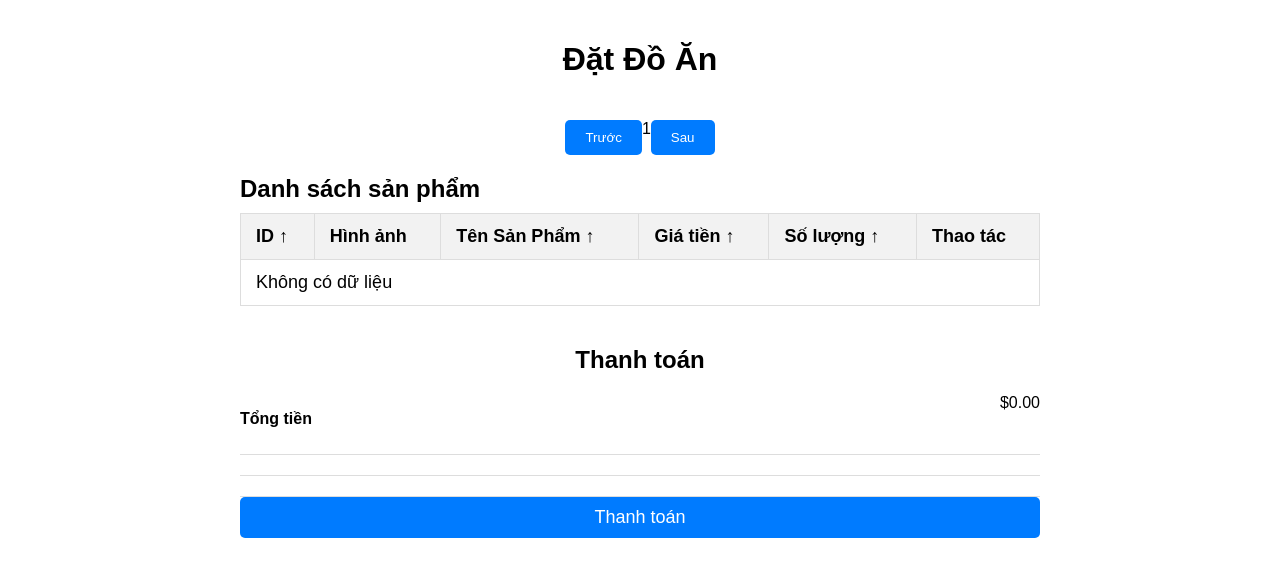
Repository: Tuananhdeptrai723/dientoandammay
Page: http://localhost/main/main.php
An editor plug-in stored every save of this project. The page is shown before and after the next save, followed by the edit.
The browser window is 1280 px wide. The pictures show the whole page.
The page is run by PHP 8.4 with error messages shown; the project is at /var/www/html/. Queries for data that is not in the repository find no rows.

Above is the page before, as saved 2024-06-04 20:25:15.

### main/main.php
<?php
include './ConnectDb.php';
?>

<!DOCTYPE html>
<html lang="en">
<head>
  <meta charset="UTF-8">
  <meta name="viewport" content="width=device-width, initial-scale=1.0">
  <title>Đặt Đồ Ăn</title>
  <link rel="stylesheet" href="./main.css">
  <link rel="stylesheet" href="https://cdnjs.cloudflare.com/ajax/libs/font-awesome/6.4.2/css/all.min.css" />
  <script src="https://code.jquery.com/jquery-3.6.0.min.js"></script>
</head>
<body>
  <div class="container">
    <h1>Đặt Đồ Ăn</h1>
    <div class="menu">
      <div class="product-container">
        <?php foreach ($products as $product): ?>
          <div class="menu-item">
            <img src="../asset/image/food<?php echo $product['ID']; ?>.jpg">
            <h3><?php echo $product['nameProducts']; ?></h3>
            <p>Số lượng: <?php echo $product['Quantity']; ?></p>
            <span class="price">$<?php echo $product['Price']; ?></span>
            <button <?php echo "onclick='addToCartClicked(" . $product["ID"] . ")'" ?> class="add-to-cart">Thêm vào giỏ hàng</button>
          </div>
        <?php endforeach; ?>
      </div>
    </div>
    <div class="pagination">
      <button class="prev-page">Trước</button>
      <span style="margin" class="current-page">1</span>
      <button class="next-page">Sau</button>
    </div>
    <main class="main-dashboard">
      <main class="page">
        <div class="box-dashboard">
          <table class="table caption-top">
            <caption>Danh sách sản phẩm</caption>
            <thead>
              <tr>
                <th scope="col" onclick="sortTable(0, true, true)">ID &#x2191;</th>
                <th scope="col">Hình ảnh</th>
                <th scope="col" onclick="sortTable(2, false, true)">Tên Sản Phẩm &#x2191;</th>
                <th scope="col" onclick="sortTable(3, true, true)">Giá tiền &#x2191;</th>
                <th scope="col" onclick="sortTable(4, true, true)">Số lượng &#x2191;</th>
                <th scope="col">Thao tác</th>
              </tr>
            </thead>
            <tbody>
              <?php
              if ($result2->num_rows > 0) {
                  while ($row = $result2->fetch_assoc()) {
                      $imagePath = "../asset/image/Food" . $row["ID"] . ".jpg";
                      echo "<tr class='tr-hover'>";
                      echo "<th scope='row'>" . $row["ID"] . "</th>";
                      echo "<td><img style='object-fit: cover;' src='" . $imagePath . "' alt='product image' width='70' height='70'></td>";
                      echo "<td>" . $row["nameProducts"] . "</td>";
                      echo "<td>" . $row["Price"] . "$</td>";
                      echo "<td>" . $row["Quantity"] ."</td>";
                      echo "<td>
                              <button class='btnDelete' onclick='deleteProduct(" . $row["ID"] . ")'>Xóa</button>
                            </td>";
                      echo "</tr>";
                  }
              } else {
                  echo "<tr><td colspan='6'>Không có dữ liệu</td></tr>";
              }
              ?>
            </tbody>
          </table>
          <div class="pagination">
            <?php
            for ($i = 1; $i <= $total_pages; $i++) {
                echo "<a href='?page=$i' class='" . ($i == $page ? "active" : "") . "'>$i</a>";
            }
            ?>
          </div>
        </div>

        <div class="box-dashboard">
          <h1 class="caption-pay">Thanh toán</h1>
          <div class="box-dashboard-row">
            <p class="title-row">Tổng tiền</p>
            <?php echo "$" . number_format($totalPrice, 2); ?>
          </div>
          <div class="box-dashboard-row"></div>
          <div class="box-dashboard-row"></div>
          <button id="openModalBtn" class="payBtn">Thanh toán</button>
        </div>
      </main>
    </main>
  </div>
  <script src="./main.js"></script>
  <script>
  function addToCartClicked(productId) {
    $.ajax({
      url: "./ConnectDb.php",
      type: "POST",
      data: { productId: productId },
      success: function () {
        console.log("success");
        alert('Thêm vào giỏ hàng thành công');
      },
      error: function (xhr, status, error) {
        console.log("error");
        console.log("Product ID:", productId);
      },
    });
  }

  function deleteProduct(productId) {
    $.ajax({
      url: "../main/deleteproduct.php",
      type: "POST",
      data: { productId: productId },
      success: function () {
        console.log("success");
        alert('Xóa sản phẩm thành công');
        location.reload(); // Tải lại trang sau khi xóa
      },
      error: function (xhr, status, error) {
        console.log("error");
        console.log("Product ID:", productId);
      },
    });
  }
  </script>
</body>
</html>

### main/ConnectDb.php
<?php
session_start();
ob_start();

// Kết nối đến CSDL
include '../config.php';

// Kiểm tra kết nối
if ($conn->connect_error) {
    die("Connection failed: " . $conn->connect_error);
}
// Truy vấn dữ liệu từ cơ sở dữ liệu
$sql = "SELECT * FROM cart LIMIT 15";
$result = $conn->query($sql);

// Tạo mảng chứa dữ liệu sản phẩm
$products = array();

if ($result->num_rows > 0) {
    while($row = $result->fetch_assoc()) {
        $products[] = $row;
    }
}



// addtocart

// Kiểm tra nếu có dữ liệu POST gửi đến
if ($_SERVER['REQUEST_METHOD'] == 'POST') {
    $productId = $_POST['productId'];

    // Lấy thông tin sản phẩm từ bảng products
    $sql = "SELECT nameProducts, Price FROM cart WHERE ID = '$productId'";
    $result = $conn->query($sql);

    if ($result->num_rows > 0) {
        $row = $result->fetch_assoc();
        $productName = $row['nameProducts'];
        $productPrice = $row['Price'];
        $quantity = 1; // Số lượng mặc định khi thêm vào giỏ hàng

        // Kiểm tra sản phẩm đã có trong giỏ hàng hay chưa
        $sql = "SELECT * FROM ordercart WHERE ID = '$productId'";
        $result = $conn->query($sql);

        if ($result->num_rows > 0) {
            // Nếu sản phẩm đã có trong giỏ hàng, cập nhật số lượng
            $sql = "UPDATE ordercart SET Quantity = Quantity + 1 WHERE ID = '$productId'";
        } else {
            // Nếu sản phẩm chưa có trong giỏ hàng, thêm mới
            $sql = "INSERT INTO ordercart (nameProducts, ID, Price, Quantity) VALUES ('$productName', '$productId', '$productPrice', '$quantity')";
        }

        if ($conn->query($sql) === TRUE) {
            echo "Add to cart success!";
        } else {
            echo "Error: " . $sql . "<br>" . $conn->error;

        }
    } else {
        echo "Product not found!";
    }
}

// Truy vấn dữ liệu từ bảng ordercart cho phần quản lý sản phẩm
$items_per_page = 3;
$page = isset($_GET['page']) ? (int)$_GET['page'] : 1;
$offset = ($page - 1) * $items_per_page;

// Truy vấn tổng số sản phẩm
$total_sql = "SELECT COUNT(*) as total FROM ordercart";
$total_result = $conn->query($total_sql);
$total_row = $total_result->fetch_assoc();
$total_items = $total_row['total'];
$total_pages = ceil($total_items / $items_per_page);

// Truy vấn tổng tiền
$totalPriceQuery = "SELECT SUM(Price * Quantity) AS total FROM ordercart";
$totalPriceResult = $conn->query($totalPriceQuery);
$totalPriceRow = $totalPriceResult->fetch_assoc();
$totalPrice = $totalPriceRow['total'];

// Truy vấn dữ liệu từ bảng ordercart
$sql = "SELECT ID, nameProducts, Price, Quantity FROM ordercart LIMIT $offset, $items_per_page";
$result2 = $conn->query($sql);



$conn->close();
?>

### config.php
<?php
define('DB_SERVER', 'localhost');
define('DB_USERNAME', 'root');
define('DB_PASSWORD', '');
define('DB_NAME', 'clouddb');

$conn = mysqli_connect(DB_SERVER, DB_USERNAME, DB_PASSWORD, DB_NAME);

if($conn === false){
    die("ERROR: Could not connect. " . mysqli_connect_error());
}
?>

### main/main.css
body {
  font-family: Arial, sans-serif;
  margin: 0;
  padding: 0;
}

.container {
  max-width: 800px;
  margin: 0 auto;
  padding: 20px;
}

h1,
h2 {
  text-align: center;
}

.menu {
  display: flex;
  flex-wrap: wrap;
  justify-content: center;
}

.menu-item {
  width: 250px;
  margin: 20px;
  padding: 10px;
  border: 1px solid #ccc;
  text-align: center;
}

.menu-item img {
  width: 150px;
  height: 150px;
  object-fit: cover;
}

.menu-item h3 {
  margin-top: 10px;
}

.menu-item .price {
  font-weight: bold;
  color: green;
}

.menu-item button {
  margin-top: 10px;
  padding: 5px 10px;
  background-color: #4caf50;
  color: white;
  border: none;
  cursor: pointer;
}

.cart {
  margin-top: 40px;
  padding: 20px;
  border: 1px solid #ccc;
}

.cart-items {
  list-style-type: none;
  padding: 0;
}

.cart-items li {
  display: flex;
  justify-content: space-between;
  margin-bottom: 10px;
}

.total {
  font-weight: bold;
  margin-top: 20px;
}

.checkout {
  margin-top: 20px;
  padding: 10px 20px;
  background-color: #4caf50;
  color: white;
  border: none;
  cursor: pointer;
}

.product-container {
  display: flex;
  flex-wrap: wrap;
}

.menu-item {
  width: 25%;
  padding: 10px;
  box-sizing: border-box;
}

.cart-notification {
  position: fixed;
  bottom: 20px;
  left: 50%;
  transform: translateX(-50%);
  background-color: #333;
  color: #fff;
  padding: 10px 20px;
  border-radius: 5px;
  opacity: 0;
  transition: opacity 0.3s ease-in-out;
}

.cart-notification.show {
  opacity: 1;
}

/* Thêm CSS cho bảng và phân trang */
/* Table styles */
.table {
  width: 100%;
  border-collapse: collapse;
  margin: 20px 0;
  font-size: 18px;
  text-align: left;
}

.table caption {
  font-size: 24px;
  font-weight: bold;
  margin-bottom: 10px;
  text-align: left;
}

.table th, .table td {
  padding: 12px 15px;
  border: 1px solid #ddd;
}

.table th {
  background-color: #f2f2f2;
  cursor: pointer;
}

.table tr {
  transition: background-color 0.3s ease;
}

.table tr:hover {
  background-color: #f1f1f1;
}

.table .tr-hover {
  background-color: #f9f9f9;
}

.table .tr-hover:hover {
  background-color: #e0e0e0;
}

.table img {
  border-radius: 5px;
}

/* Pagination styles */
.pagination {
  display: flex;
  justify-content: center;
  margin: 20px 0;
}

.pagination a {
  color: #333;
  padding: 10px 15px;
  margin: 0 5px;
  border: 1px solid #ddd;
  border-radius: 5px;
  text-decoration: none;
  transition: background-color 0.3s ease;
}

.pagination a.active {
  background-color: #007bff;
  color: #fff;
  border-color: #007bff;
}

.pagination a:hover {
  background-color: #ddd;
}

/* Button styles */
button {
  padding: 10px 20px;
  color: #fff;
  background-color: #007bff;
  border: none;
  border-radius: 5px;
  cursor: pointer;
  transition: background-color 0.3s ease;
}

button:hover {
  background-color: #0056b3;
}

.btnDelete {
  background-color: #dc3545;
}

.btnDelete:hover {
  background-color: #c82333;
}

.payBtn {
  width: 100%;
  font-size: 18px;
}

.caption-pay {
  font-size: 24px;
  font-weight: bold;
  margin-bottom: 10px;
}

.box-dashboard-row {
  display: flex;
  justify-content: space-between;
  padding: 10px 0;
  border-bottom: 1px solid #ddd;
}

.title-row {
  font-weight: bold;
}

### main/main.js
const productsPerPage = 3;
let currentPage = 1;
const menuItems = document.querySelectorAll(".menu-item");
const totalPages = Math.ceil(menuItems.length / productsPerPage);

function showPage(page) {
  const startIndex = (page - 1) * productsPerPage;
  const endIndex = startIndex + productsPerPage;

  menuItems.forEach((item, index) => {
    if (index >= startIndex && index < endIndex) {
      item.style.display = "block";
    } else {
      item.style.display = "none";
    }
  });

  document.querySelector(".current-page").textContent = page;
}

document.querySelector(".prev-page").addEventListener("click", () => {
  if (currentPage > 1) {
    currentPage--;
    showPage(currentPage);
  }
});

document.querySelector(".next-page").addEventListener("click", () => {
  if (currentPage < totalPages) {
    currentPage++;
    showPage(currentPage);
  }
});

showPage(1);

After the next save:
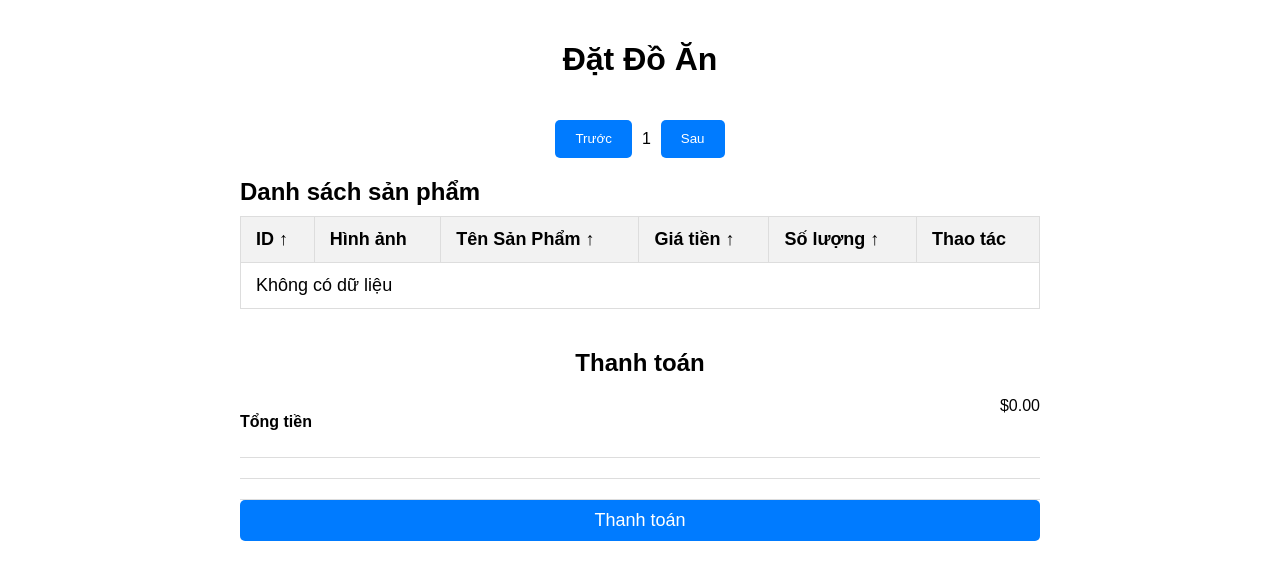
Saved 6 s later.
--- a/main/main.php
+++ b/main/main.php
@@ -30,7 +30,7 @@ include './ConnectDb.php';
     </div>
     <div class="pagination">
       <button class="prev-page">Trước</button>
-      <span style="margin" class="current-page">1</span>
+      <span style="margin: 10px" class="current-page">1</span>
       <button class="next-page">Sau</button>
     </div>
     <main class="main-dashboard">
